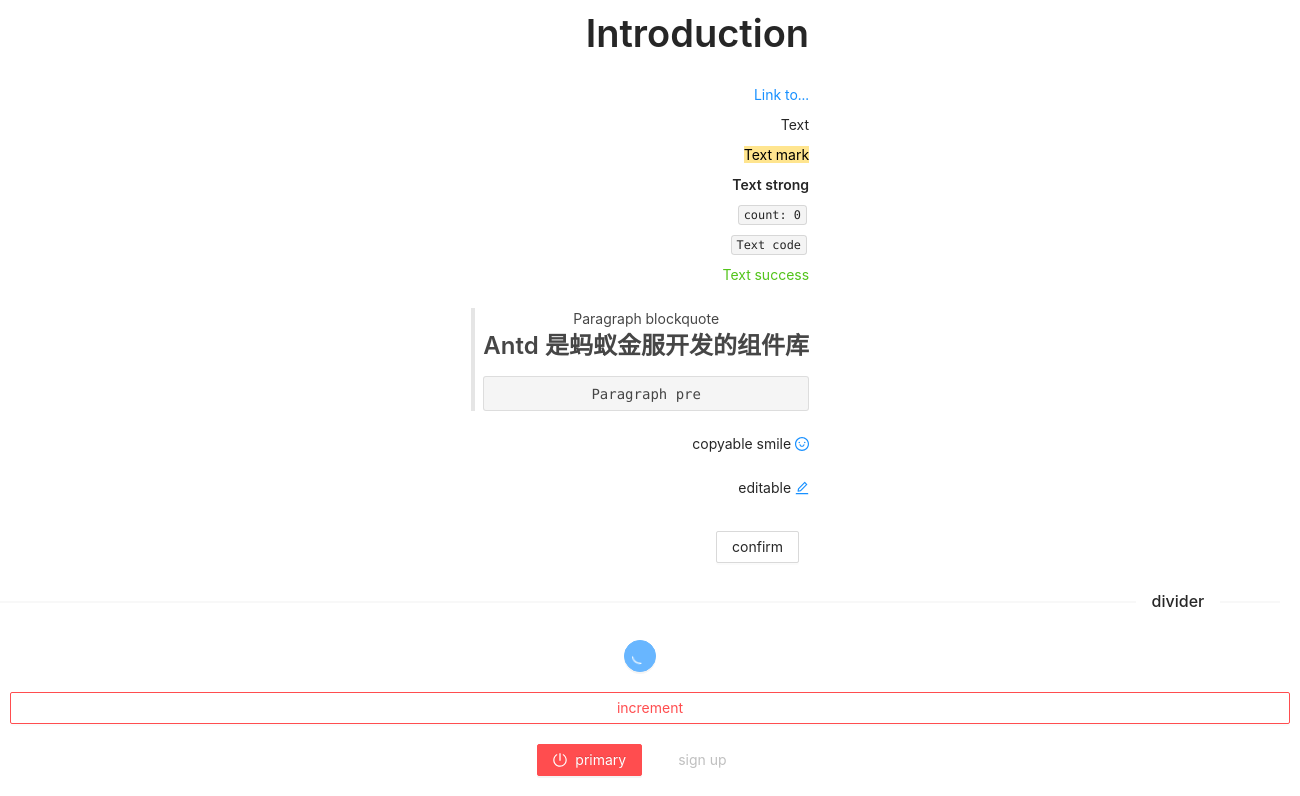
Repository: ErosHai/antd-demo
Page: /
These files come from the project's save history. The page is drawn as it stood at one moment and after the next save; the edit follows.
The browser window is 1280 px wide. The page is 1300 px wide, so the pictures cover 1300 px, including what lies to the right of the window. The pictures show the whole page.
The project was rebuilt for these pictures with package versions that can differ from the ones it lists, and the page was loaded fresh each time.

Above is the page before, as saved 2022-04-12 16:37:14.

After the next save:
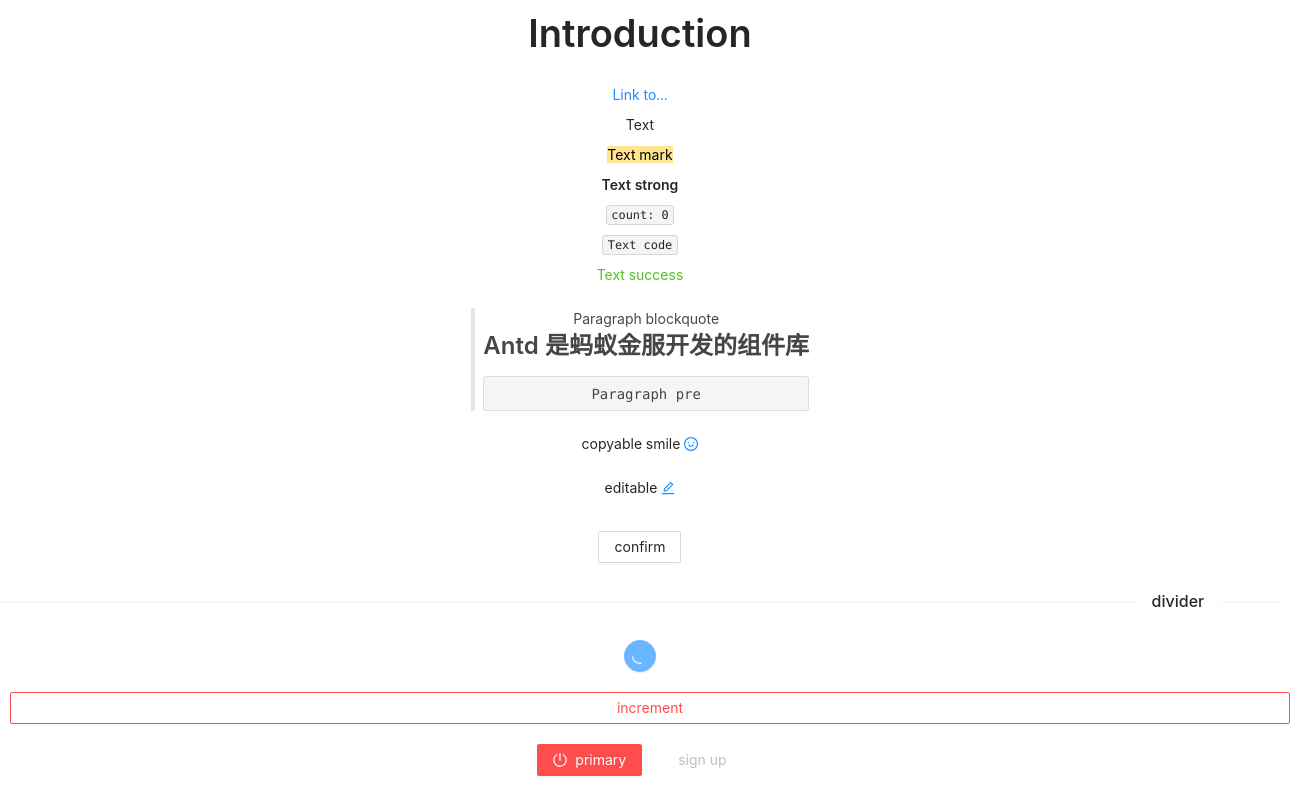
Saved 8 s later.
--- a/src/App.js
+++ b/src/App.js
@@ -14,7 +14,7 @@ function App() {
 
 	return (
 		<div className="App">
-			<Space size="small" direction="vertical" align="end">
+			<Space size="small" direction="vertical" align="center">
 				<Title>Introduction</Title>
 				<Link href="https://www.baidu.com">Link to...</Link>
 				<Text>Text</Text>
